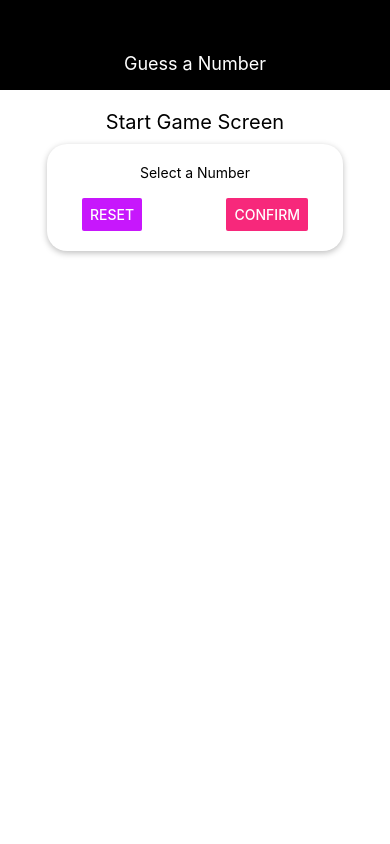
Repository: oguzhan18m/react-native-guess-number-game
Screen: /
An editor plug-in stored every save of this project. The screen is shown before and after the next save, followed by the edit.
The app was drawn by React Native's web renderer in a window 390 px wide. The project was rebuilt for these pictures with package versions that can differ from the ones it lists, and the page was loaded fresh each time.

Above is the screen before, as saved 2021-03-04 00:53:39.

After the next save:
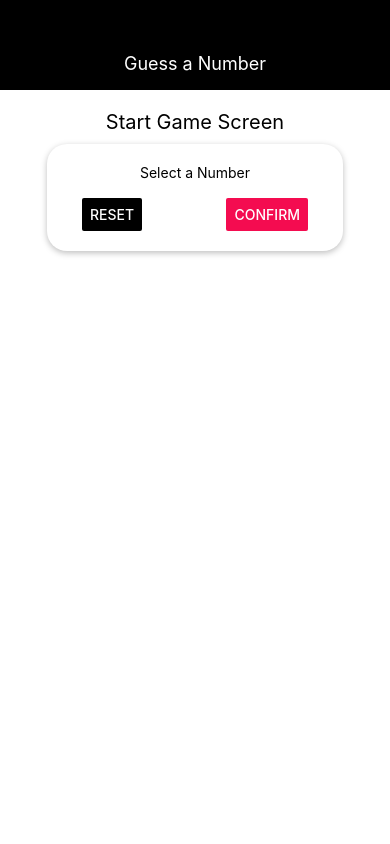
Saved 38 s later.
--- a/constants/Colors.js
+++ b/constants/Colors.js
@@ -1,4 +1,4 @@
 export default {
-    primary:'#f7287b',
-    accent:'#c717fc',
+    primary:'#F40C50',
+    accent:'black',
 }
